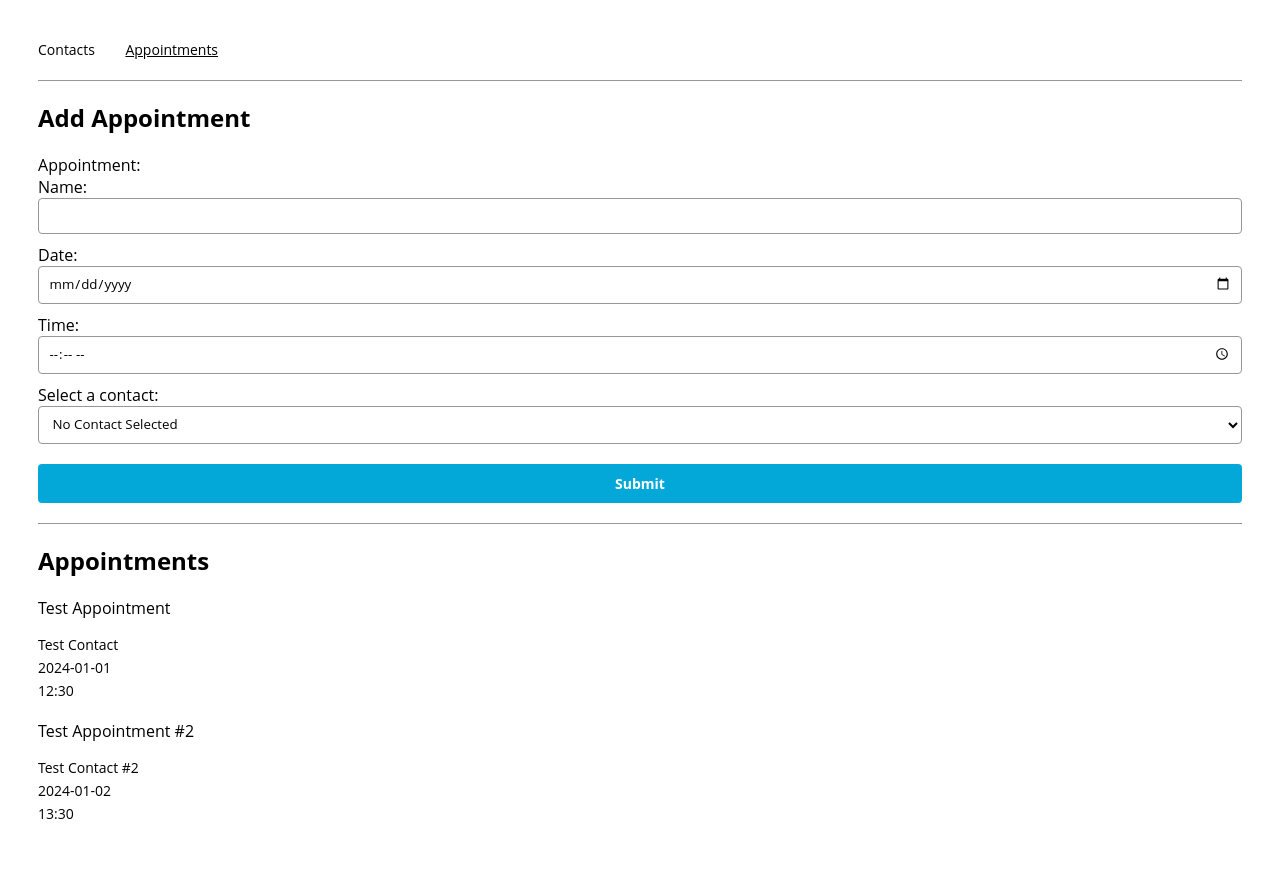
Repository: dnmyers/appointment-planner-v2.0
Page: /appointments
An editor plug-in stored every save of this project. The page is shown before and after the next save, followed by the edit.
The browser window is 1280 px wide. The pictures show the whole page.
The project was rebuilt for these pictures with package versions that can differ from the ones it lists, and the page was loaded fresh each time. Also part of the build but not shown: vite.config.js, src/components/contactForm/ContactForm.jsx, src/containers/contactsPage/ContactsPage.jsx.

Above is the page before, as saved 2023-08-15 00:00:32.

### index.html
<!doctype html>
<html lang="en">
  <head>
    <meta charset="UTF-8" />
    <meta name="viewport" content="width=device-width, initial-scale=1.0" />
    <title>Appointments</title>
    <link rel="stylesheet" href="index.css" />
  </head>
  <body>
    <noscript>You need to enable JavaScript to run this app.</noscript>
    <div id="root"></div>
    <script type="module" src="/src/main.jsx"></script>
  </body>
</html>

### index.css
#root {
    padding: 30px;
    font-family: "Open Sans", sans-serif;
}

nav > a {
    font-style: normal;
    font-weight: normal;
    font-size: 14px;
    color: #000;
    margin-right: 30.5px;
    text-decoration-line: none;
}

nav > a.active {
    text-decoration-line: underline;
}

nav {
    padding-bottom: 20px;
    border-bottom: 1px solid #979797;
    margin-bottom: 20px;
}

h3 {
    font-weight: bold;
    font-size: 18px;
    color: #000;
    margin: 0;
    margin-bottom: 18px;
}

section {
}

hr {
    border: none;
    border-top: 1px solid #979797;
    margin: 20px 0;
}

input[type="submit"] {
    background: #03a8d8;
    border-radius: 4px;
    color: #fff;
    font-weight: bold;
    font-size: 14px;
    border: none;
    outline: none;
    padding: 10px 0;
    width: 100%;
    font-family: "Open Sans", sans-serif;
    margin-top: 10px;
    margin-bottom: 0px;
}

input[type="submit"] {
    cursor: pointer;
}

input,
select {
    font-family: "Open Sans", sans-serif;
    background: #fff;
    border: 1px solid #979797;
    border-radius: 4px;
    padding: 7px 9.5px 9px 9.5px;
    outline: none;
    width: 100%;
    margin-bottom: 10px;
    box-sizing: border-box;
}

.tile {
    margin: 0;
    font-size: 14px;
    margin-bottom: 4px;
}

.tile.tile-title {
    font-weight: bold;
}

.tile-container {
    margin-bottom: 20px;
}

### src/App.jsx
import { useState } from "react";
import {
    RouterProvider,
    createBrowserRouter,
    createRoutesFromElements,
    Route,
    Navigate,
    useRouteError
} from "react-router-dom";

import Root, { ROUTES } from "./components/root/Root";
import { AppointmentsPage } from "./containers/AppointmentsPage/AppointmentsPage";
import { ContactsPage } from "./containers/contactsPage/ContactsPage";

import "./App.css";

function App() {
    // Define state variables for contacts and appointments
    const [contacts, setContacts] = useState([
        {
            name: 'Test Contact',
            phone: '555-555-5555',
            email: 'test@test.com',
        },
        {
            name: 'Test Contact #2',
            phone: '555-444-5555',
            email: 'test@test.com',
        },
    ]);
    const [appointments, setAppointments] = useState([
        {
            name: 'Test Appointment',
            contact: 'Test Contact',
            date: '2024-01-01',
            time: '12:30',
        },
        {
            name: 'Test Appointment #2',
            contact: 'Test Contact #2',
            date: '2024-01-02',
            time: '13:30',
        },
    ]);

    // Implement functions to add data to contacts and appointments
    const addContact = ({ name, phone, email }) => {
        const contact = {
            name,
            phone,
            email,
        };

        setContacts(prevContacts => [...prevContacts, contact]);
    };

    const addAppointment = ({ name, contact, date, time }) => {
        const appointment = {
            name,
            contact,
            date,
            time,
        };

        setAppointments(prevAppointments => [...prevAppointments, appointment]);
    };

	const router = createBrowserRouter(createRoutesFromElements(
		<Route path='/' element={<Root />} errorElement={<ErrorBoundary />}>
			<Route index element={<Navigate to={ROUTES.CONTACTS} replace />} />
			<Route path={ROUTES.CONTACTS} element={     // CONTACTS
				<ContactsPage                           // ContactsPage
					contacts={contacts}                 // contacts
					addContact={addContact}             // addContact
				/>
			} />
			<Route path={ROUTES.APPOINTMENTS} element={ // APPOINTMENTS
				<AppointmentsPage                       // AppointmentsPage
					appointments={appointments}         // appointments
					contacts={contacts}                 // contacts
					addAppointment={addAppointment}     // addAppointment
				/>
			} />
		</Route>
	));

    function ErrorBoundary() {
        let error = useRouteError();

        console.error(error);
        return (
            <>
                <div>Dang!</div>
                <div>An unexpected error happened.  Please try again.</div>
            </>
        )
    }

	return (
		<RouterProvider router={router} />
	);
}

export default App;

### src/index.css
#root {
    padding: 30px;
    font-family: "Open Sans", sans-serif;
}

nav > a {
    font-style: normal;
    font-weight: normal;
    font-size: 14px;
    color: #000;
    margin-right: 30.5px;
    text-decoration-line: none;
}

nav > a.active {
    text-decoration-line: underline;
}

nav {
    padding-bottom: 20px;
    border-bottom: 1px solid #979797;
    margin-bottom: 20px;
}

h3 {
    font-weight: bold;
    font-size: 18px;
    color: #000;
    margin: 0;
    margin-bottom: 18px;
}

section {
}

hr {
    border: none;
    border-top: 1px solid #979797;
    margin: 20px 0;
}

input[type="submit"] {
    background: #03a8d8;
    border-radius: 4px;
    color: #fff;
    font-weight: bold;
    font-size: 14px;
    border: none;
    outline: none;
    padding: 10px 0;
    width: 100%;
    font-family: "Open Sans", sans-serif;
    margin-top: 10px;
    margin-bottom: 0px;
}

input[type="submit"] {
    cursor: pointer;
}

input,
select {
    font-family: "Open Sans", sans-serif;
    background: #fff;
    border: 1px solid #979797;
    border-radius: 4px;
    padding: 7px 9.5px 9px 9.5px;
    outline: none;
    width: 100%;
    margin-bottom: 10px;
    box-sizing: border-box;
}

.tile {
    margin: 0;
    font-size: 14px;
    margin-bottom: 4px;
}

.tile.tile-title {
    font-weight: bold;
}

.tile-container {
    margin-bottom: 20px;
}

### src/components/root/Root.jsx
import { Outlet, NavLink } from 'react-router-dom';

export const ROUTES = {
    CONTACTS: "/contacts",
    APPOINTMENTS: "/appointments",
};

function Root() {
    return (
        <>
            <nav>
                <NavLink to={ROUTES.CONTACTS}>
                    Contacts
                </NavLink>
                <NavLink to={ROUTES.APPOINTMENTS}>
                    Appointments
                </NavLink>
            </nav>
            <Outlet />
        </>
    );
}

export default Root;

### src/containers/appointmentsPage/AppointmentsPage.jsx
/* eslint-disable react/prop-types */
/* eslint-disable no-unused-vars */
import { useState } from 'react';

import { AppointmentForm } from '../../components/appointmentForm/AppointmentForm';
import { TileList } from '../../components/tileList/TileList';

export const AppointmentsPage = ({ appointments, contacts, addAppointment }) => {

    // state variables for appointment info
    const [name, setName] = useState('');
    const [contact, setContact] = useState('');
    const [date, setDate] = useState('');
    const [time, setTime] = useState('');

    const handleSubmit = (e) => {
        e.preventDefault();

        // Add contact info

        // Add appointment
        const newAppointment = {
            name,
            contact,
            date,
            time,
        };

        addAppointment(newAppointment);

        // Clear form
        setName('');
        setContact('');
        setDate('');
        setTime('');
    };

    return (
        <div>
            <section>
                <h2>Add Appointment</h2>
                <AppointmentForm
                    name={name}
                    setName={setName}
                    contact={contact}
                    setContact={setContact}
                    date={date}
                    setDate={setDate}
                    time={time}
                    setTime={setTime}
                    contacts={contacts}
                    handleSubmit={handleSubmit}
                />
            </section>
            <hr />
            <section>
                <h2>Appointments</h2>
                <TileList appointments={appointments} />
            </section>
        </div>
    );
};

### src/App.css
#root {
    padding: 30px;
    font-family: "Open Sans", sans-serif;
}

nav > a {
    font-style: normal;
    font-weight: normal;
    font-size: 14px;
    color: #000;
    margin-right: 30.5px;
    text-decoration-line: none;
}

nav > a.active {
    text-decoration-line: underline;
}

nav {
    padding-bottom: 20px;
    border-bottom: 1px solid #979797;
    margin-bottom: 20px;
}

h3 {
    font-weight: bold;
    font-size: 18px;
    color: #000;
    margin: 0;
    margin-bottom: 18px;
}

section {
}

hr {
    border: none;
    border-top: 1px solid #979797;
    margin: 20px 0;
}

input[type="submit"] {
    background: #03a8d8;
    border-radius: 4px;
    color: #fff;
    font-weight: bold;
    font-size: 14px;
    border: none;
    outline: none;
    padding: 10px 0;
    width: 100%;
    font-family: "Open Sans", sans-serif;
    margin-top: 10px;
    margin-bottom: 0px;
}

input[type="submit"] {
    cursor: pointer;
}

input,
select {
    font-family: "Open Sans", sans-serif;
    background: #fff;
    border: 1px solid #979797;
    border-radius: 4px;
    padding: 7px 9.5px 9px 9.5px;
    outline: none;
    width: 100%;
    margin-bottom: 10px;
    box-sizing: border-box;
}

.tile {
    margin: 0;
    font-size: 14px;
    margin-bottom: 4px;
}

.tile.tile-title {
    font-weight: bold;
}

.tile-container {
    margin-bottom: 20px;
}

### src/components/appointmentForm/AppointmentForm.jsx
/* eslint-disable react/prop-types */
import { ContactPicker } from '../contactPicker/ContactPicker';

const getTodayString = () => {
    const [month, day, year] = new Date()
        .toLocaleDateString("en-US")
        .split("/");

    return `${year}-${month.padStart(2, "0")}-${day.padStart(2, "0")}`;
};

export const AppointmentForm = ({
    name,
    setName,
    contact,
    setContact,
    date,
    setDate,
    time,
    setTime,
    contacts,
    handleSubmit
}) => {
    return (
        <>
            <div>Appointment:</div>
            <form onSubmit={handleSubmit}>
                <label htmlFor="name">Name:
                    <input
                        type="text"
                        name="name"
                        id="name"
                        value={name}
                        onChange={e => setName(e.target.value)}
                    />
                </label>
                <label htmlFor="date">Date:
                    <input
                        type="date"
                        name="date"
                        id="date"
                        value={date}
                        min={getTodayString}
                        onChange={e => setDate(e.target.value)}
                    />
                </label>
                <label htmlFor="time">Time:
                    <input
                        type="time"
                        name="time"
                        id="time"
                        value={time}
                        onChange={e => setTime(e.target.value)}
                    />
                </label>
                <ContactPicker contacts={contacts} onChange={e => setContact(e.target.value)} />
                <input
                    type="submit"
                    name="submit"
                    id="submit"
                    value="Submit"
                />
            </form>
        </>
    );
};

### src/components/tileList/TileList.jsx
/* eslint-disable react/prop-types */
import { Tile } from '../tile/Tile';

export const TileList = ({ contacts, appointments }) => {
    const data = contacts ? contacts : appointments;

    return (
        <div className="tile-list">
            {
                data &&
                    data.map((object, index) => {
                        const { name, ...description } = object;
                        console.log("🚀 ~ file: TileList.jsx:13 ~ data.map ~ object:", object);
                        console.log("🚀 ~ file: TileList.jsx:13 ~ data.map ~ description:", description);
                        console.log("🚀 ~ file: TileList.jsx:13 ~ data.map ~ name:", name);

                        return (
                            <Tile
                                key={index}
                                name={name}
                                description={description}
                            />
                        );
                    })

            }
        </div>
    );
};

export default TileList;

### src/components/contactPicker/ContactPicker.jsx
/* eslint-disable react/prop-types */

export const ContactPicker = ({ contacts, onChange, value, name }) => {
    console.log("🚀 ~ file: ContactPicker.jsx:5 ~ ContactPicker ~ contacts:", contacts)
    console.log("🚀 ~ file: ContactPicker.jsx:5 ~ ContactPicker ~ value:", value)
    console.log("🚀 ~ file: ContactPicker.jsx:5 ~ ContactPicker ~ name:", name)
    return (
        <>
            <label htmlFor='contact-select'>
                Select a contact:
            </label>
            <select name={name} value={value} onChange={onChange} id="contact-select">
                <option value="">No Contact Selected</option>
                {
                    contacts.map(contact => (
                        <option key={contact.name} value={contact.name} className='black'></option>
                    ))
                }
            </select>
        </>
    );
};

### src/components/tile/Tile.jsx
/* eslint-disable react/prop-types */
export const Tile = ({ name, description }) => {
    console.log("🚀 ~ file: Tile.jsx:5 ~ Tile ~ desc:", description)
    const descriptionArray = Object.values(description);

    return (
        <div className="tile-container">
            <p className="tile-title">{name}</p>
            {
                descriptionArray.map((desc, i) => (
                    <p className="tile" key={i}>{desc}</p>
                ))
            }
        </div>
    )
}

Loaded but not shown: src/main.jsx (common file)

After the next save:
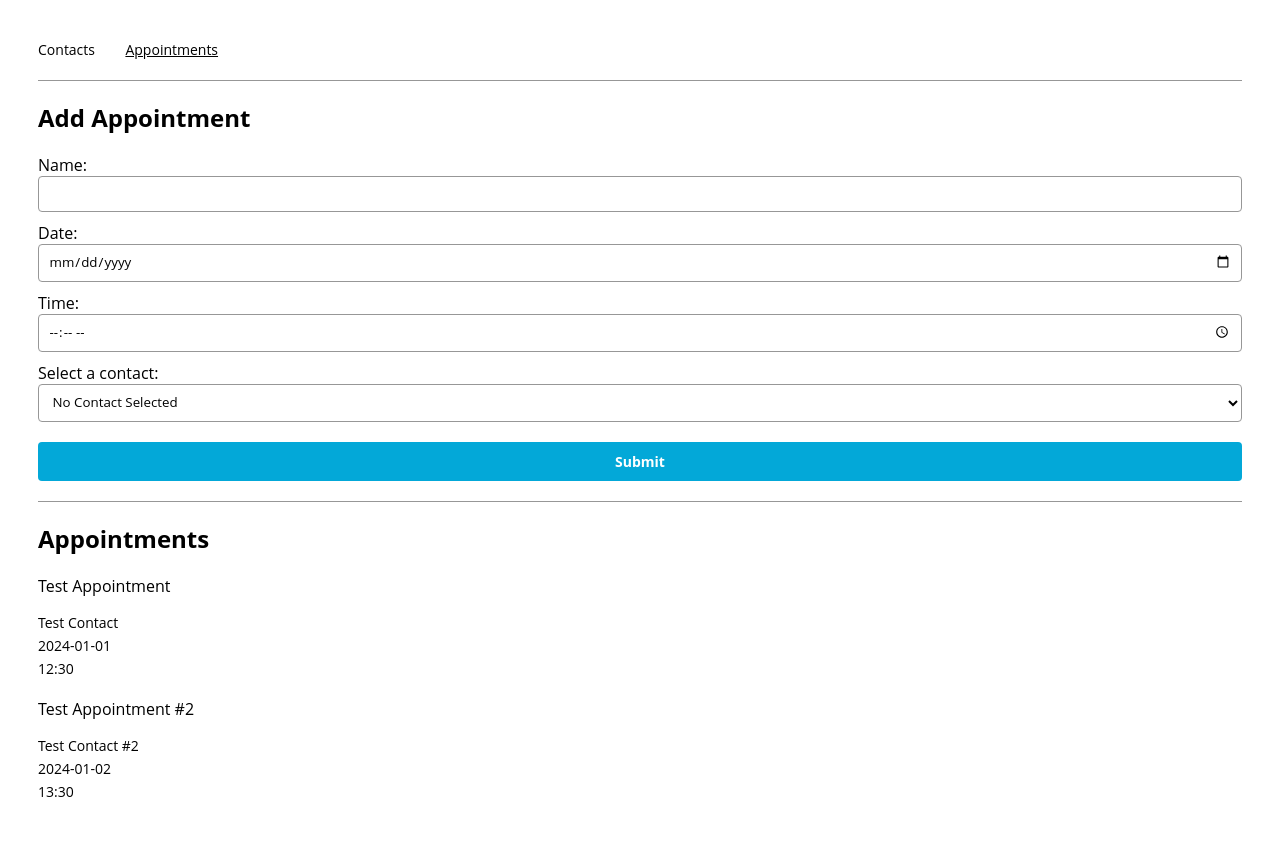
Saved 8 s later.
--- a/src/components/appointmentForm/AppointmentForm.jsx
+++ b/src/components/appointmentForm/AppointmentForm.jsx
@@ -23,7 +23,6 @@ export const AppointmentForm = ({
 }) => {
     return (
         <>
-            <div>Appointment:</div>
             <form onSubmit={handleSubmit}>
                 <label htmlFor="name">Name:
                     <input
